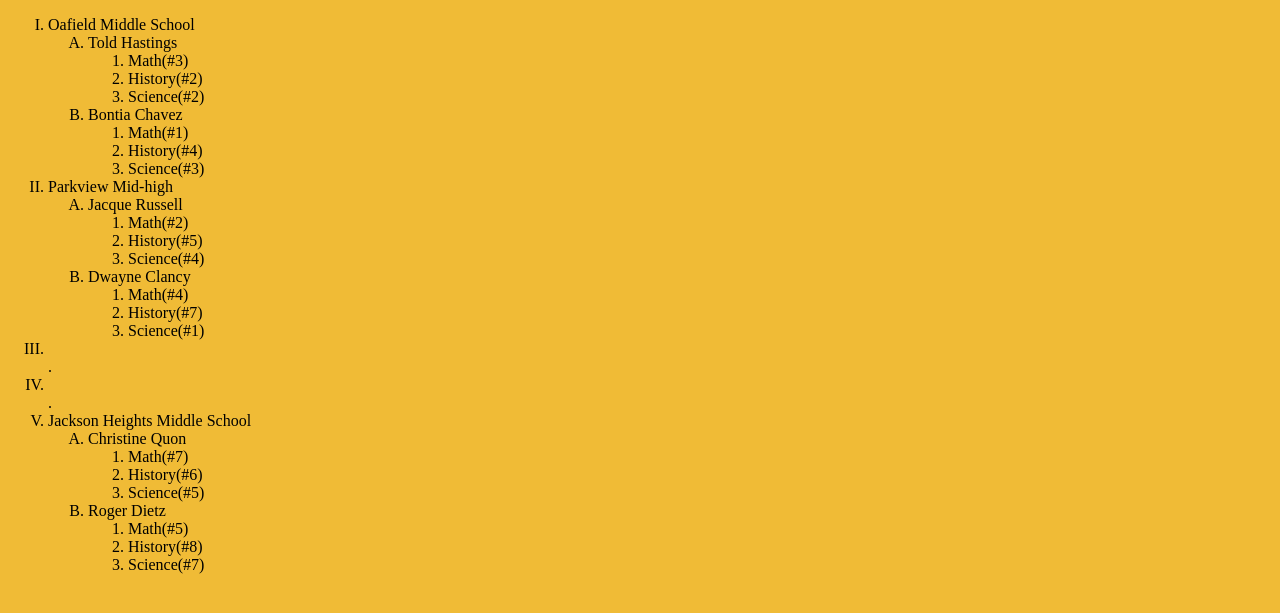
Repository: PhamChiXuan1/HTCNW_tuan3_DHCNTT16C_PhamChiXuan_20030131
Page: bt4b.html
These files come from the project's save history. The page is drawn as it stood at one moment and after the next save; the edit follows.
The browser window is 1280 px wide. The pictures show the whole page.

Above is the page before, as saved 2022-02-26 21:03:36.

### bt4b.html
<!DOCTYPE html>
<html lang="en">
<head>
    <meta charset="UTF-8">
    <meta http-equiv="X-UA-Compatible" content="IE=edge">
    <meta name="viewport" content="width=device-width, initial-scale=1.0">
    <title>Document</title>
</head>
<body style="background-color: rgb(240, 187, 54);">
    <ol type="I">
        <li>Oafield Middle School</li>
            <ol type="A">
                <li>Told Hastings</li>
                    <ol type="1">
                        <li>Math(#3)</li>
                        <li>History(#2)</li>
                        <li>Science(#2)</li>
                    </ol>
                <li>Bontia Chavez</li>
                <ol type="1">
                    <li>Math(#1)</li>
                    <li>History(#4)</li>
                    <li>Science(#3)</li>
                </ol>
            </ol>
        <li>Parkview Mid-high</li>
            <ol type="A">
                <li>Jacque Russell</li>
                    <ol type="1">
                        <li>Math(#2)</li>
                        <li>History(#5)</li>
                        <li>Science(#4)</li>
                    </ol>
                <li>Dwayne Clancy</li>
                    <ol type="1">
                        <li>Math(#4)</li>
                        <li>History(#7)</li>
                        <li>Science(#1)</li>
                    </ol>
            </ol>

        <div class="o-hide"><li></li>.</div>
        <div class="o-hide"><li></li>.</div>
        <li>Jackson Heights Middle School</li>
            <ol type="A">
                <li>Christine Quon</li>
                    <ol type="1">
                        <li>Math(#7)</li>
                        <li>History(#6)</li>
                        <li>Science(#5)</li>
                    </ol>
                <li>Roger Dietz</li>
                    <ol type="1">
                        <li>Math(#5)</li>
                        <li>History(#8)</li>
                        <li>Science(#7)</li>
                    </ol>
            </ol>
    </ol>

</body>
</html>

After the next save:
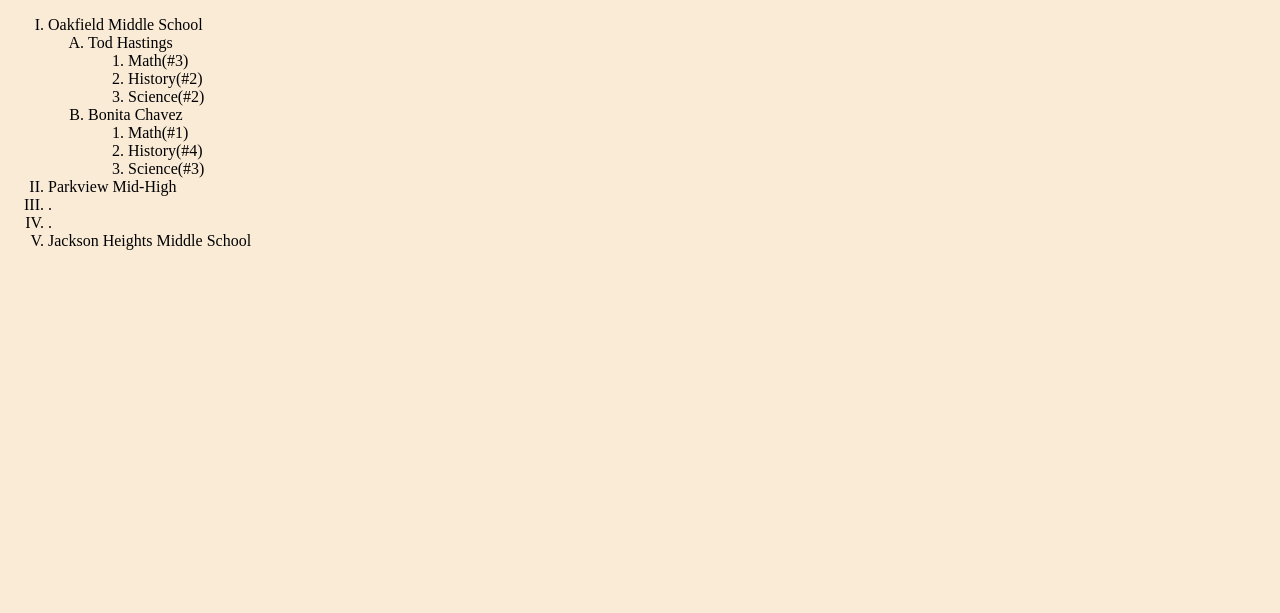
Saved 8 min 41 s later.
--- a/bt4b.html
+++ b/bt4b.html
@@ -6,57 +6,30 @@
     <meta name="viewport" content="width=device-width, initial-scale=1.0">
     <title>Document</title>
 </head>
-<body style="background-color: rgb(240, 187, 54);">
+<body style="background-color: antiquewhite;">
     <ol type="I">
-        <li>Oafield Middle School</li>
-            <ol type="A">
-                <li>Told Hastings</li>
-                    <ol type="1">
-                        <li>Math(#3)</li>
-                        <li>History(#2)</li>
-                        <li>Science(#2)</li>
-                    </ol>
-                <li>Bontia Chavez</li>
-                <ol type="1">
-                    <li>Math(#1)</li>
-                    <li>History(#4)</li>
-                    <li>Science(#3)</li>
-                </ol>
+        <li>Oakfield Middle School</li>
+        <ol type="A">
+            <li>Tod Hastings</li>
+            <ol type="1">
+                <li>Math(#3)</li>
+                <li>History(#2)</li>
+                <li>Science(#2)</li>
             </ol>
-        <li>Parkview Mid-high</li>
-            <ol type="A">
-                <li>Jacque Russell</li>
-                    <ol type="1">
-                        <li>Math(#2)</li>
-                        <li>History(#5)</li>
-                        <li>Science(#4)</li>
-                    </ol>
-                <li>Dwayne Clancy</li>
-                    <ol type="1">
-                        <li>Math(#4)</li>
-                        <li>History(#7)</li>
-                        <li>Science(#1)</li>
-                    </ol>
+            <li>Bonita Chavez</li>
+            <ol>
+                <li>Math(#1)</li>
+                <li>History(#4)</li>
+                <li>Science(#3)</li>
             </ol>
+        </ol>
+        <li>Parkview Mid-High</li>
+        <ol type="A">
 
-        <div class="o-hide"><li></li>.</div>
-        <div class="o-hide"><li></li>.</div>
+        </ol>
+        <li>.</li>
+        <li>.</li>
         <li>Jackson Heights Middle School</li>
-            <ol type="A">
-                <li>Christine Quon</li>
-                    <ol type="1">
-                        <li>Math(#7)</li>
-                        <li>History(#6)</li>
-                        <li>Science(#5)</li>
-                    </ol>
-                <li>Roger Dietz</li>
-                    <ol type="1">
-                        <li>Math(#5)</li>
-                        <li>History(#8)</li>
-                        <li>Science(#7)</li>
-                    </ol>
-            </ol>
     </ol>
-
 </body>
 </html>
